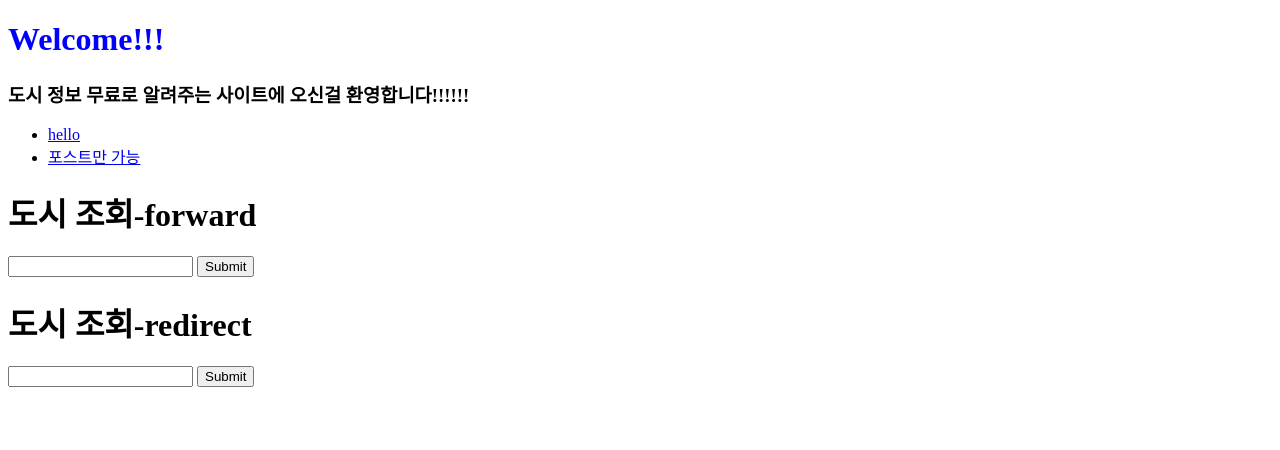
Repository: roadtofuture/woorifisa_java
Page: http://localhost/jpa_2/WEB-INF/view/index.jsp
An editor plug-in stored every save of this project. The page is shown before and after the next save, followed by the edit.
The browser window is 1280 px wide. The pictures show the whole page.
The page is served by Tomcat 9. Nobody is signed in. The template is opened directly, without the code that normally fills it, so the values that code supplies are empty.

Above is the page before, as saved 2023-06-23 05:35:39.

After the next save:
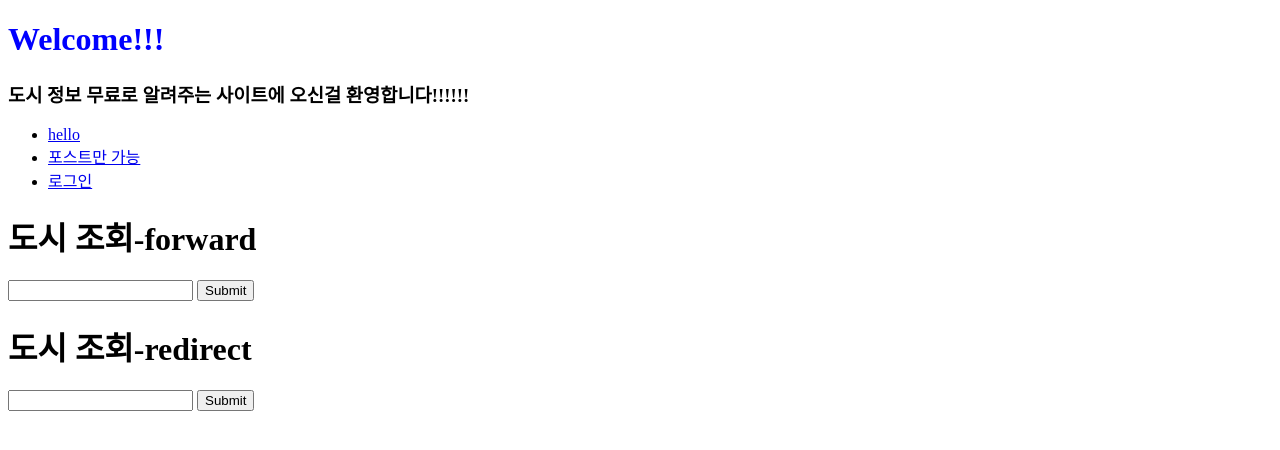
Saved 32 s later.
--- a/jpa_2/src/main/webapp/WEB-INF/view/index.jsp
+++ b/jpa_2/src/main/webapp/WEB-INF/view/index.jsp
@@ -13,6 +13,7 @@
 	<ul>
 		<li><a href="/hello?name=hong">hello</a></li>
 		<li><a href="/onlypost">포스트만 가능</a></li>
+		<li><a href="/user/login">로그인</a></li>
 	</ul>
 
 	<h1>도시 조회-forward</h1>
